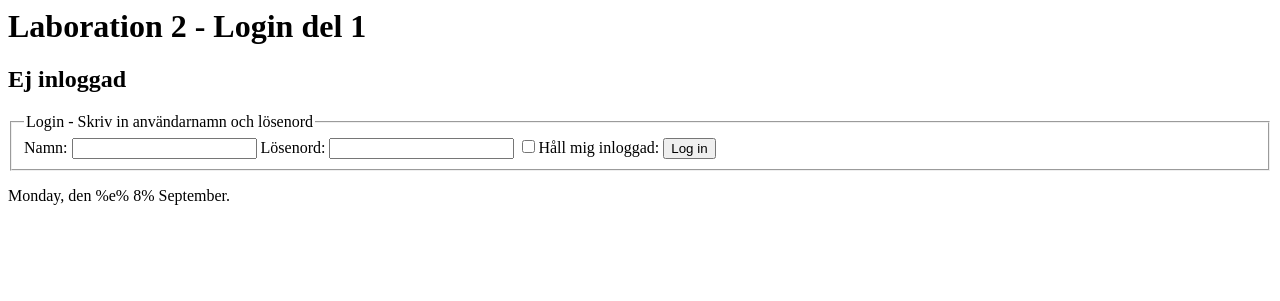
Repository: ed222an/1DV408-Laborationer
Page: http://localhost/
An editor plug-in stored every save of this project. The page is shown before and after the next save, followed by the edit.
The browser window is 1280 px wide. The pictures show the whole page.
The page is run by PHP 8.4 with error messages shown; the project is at /var/www/html/.

Above is the page before, as saved 2014-09-08 12:43:44.

### Labb2/Loginsystem/index.php
<?php
	setlocale(LC_ALL , "swedish");

	// Fixar formatet så att datumet anpassas för olika platformar.
	$format = '%%e%%%e%%';

	// Kontrollerar ifall windowsformatet används och ersätter %e med en fungerande del.
	if (strtoupper(substr(PHP_OS, 0, 3)) == 'WIN')
	{
    	$format = preg_replace('#(?<!%)((?:%%)*)%e#', '\1%#d', $format);
	}

	echo "<html>
			<head>
				<title>Laboration 2 - Login del 1</title>
				<meta charset='utf-8'>
			</head>
			<body>
				<h1>Laboration 2 - Login del 1</h1>
				<h2>Ej inloggad</h2>
				<form id='loginForm'>
					<fieldset>
						<legend>Login - Skriv in användarnamn och lösenord</legend>
						Namn: <input type='text' name='userName'> Lösenord: <input type='password' name='userPassword'> <input type='checkbox' name='stayLoggedIn'>Håll mig inloggad:
						<button type='submit' form='loginForm' value='Submit'>Log in</button>
					</fieldset>
				</form>
				" . strftime('%A, den ' . $format . ' %B') . ".
			</body>
		</html>";
	//date('l jS \of F Y h:i:s')
?>

After the next save:
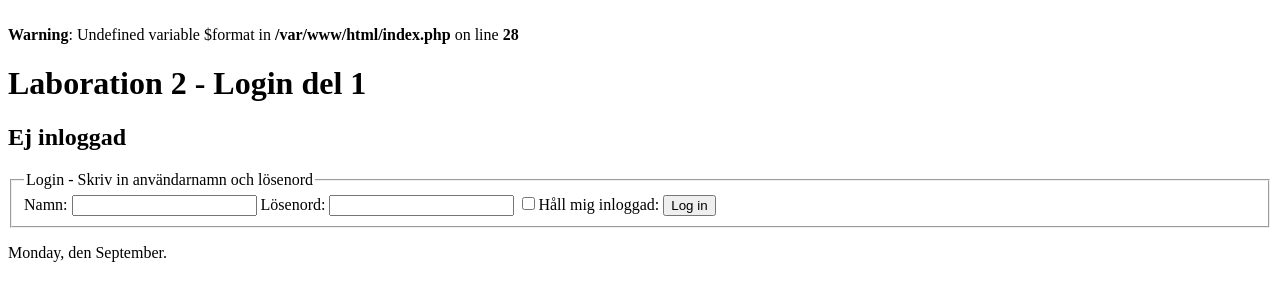
Saved 28 s later.
--- a/Labb2/Loginsystem/index.php
+++ b/Labb2/Loginsystem/index.php
@@ -2,7 +2,7 @@
 	setlocale(LC_ALL , "swedish");
 
 	// Fixar formatet så att datumet anpassas för olika platformar.
-	$format = '%%e%%%e%%';
+	$format;
 
 	// Kontrollerar ifall windowsformatet används och ersätter %e med en fungerande del.
 	if (strtoupper(substr(PHP_OS, 0, 3)) == 'WIN')
